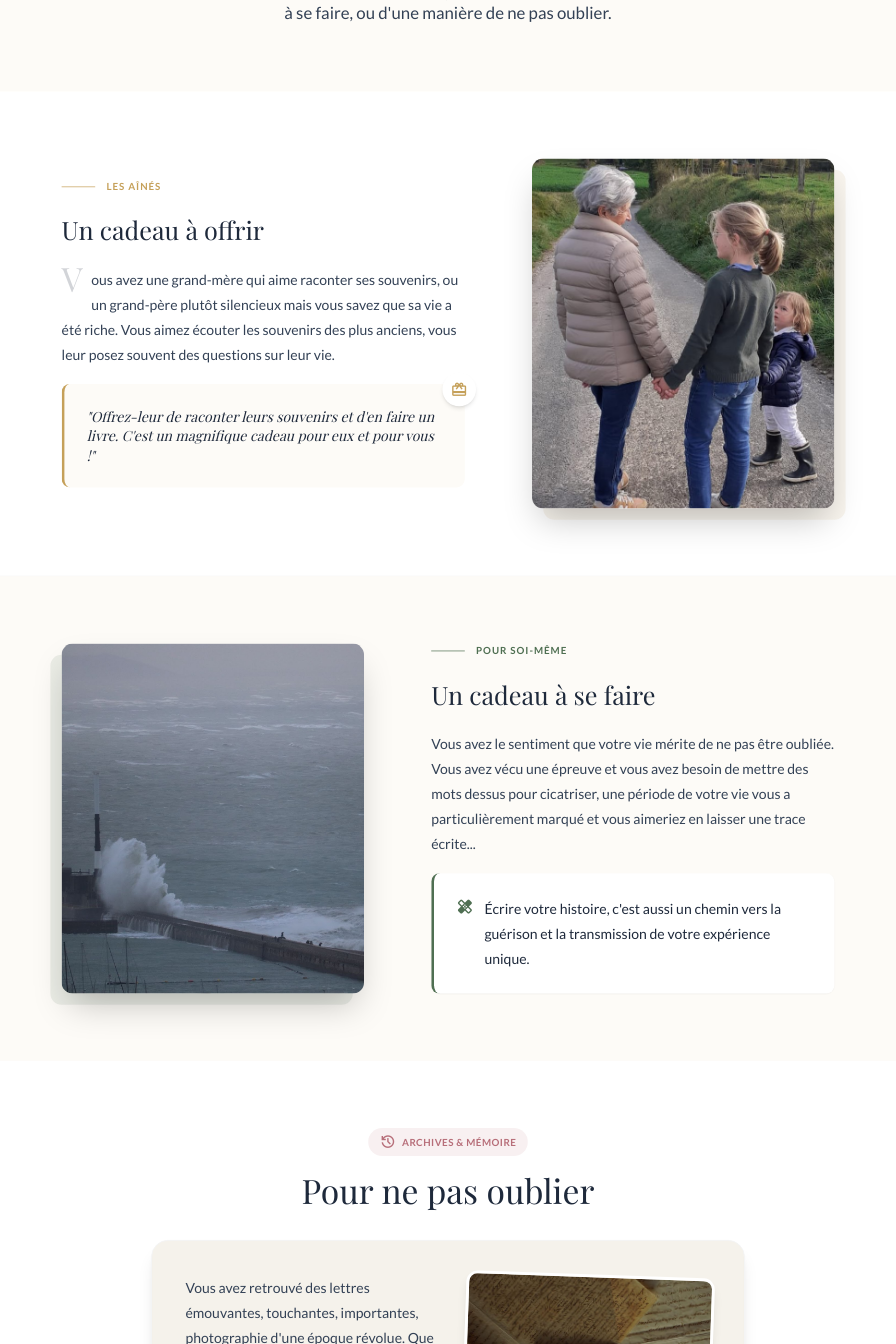
Repository: louisbdc/delphine-biographe
Page: /pour-qui
The author's editor kept a copy of each file at every save. The page is drawn from the files as they stood at one save, then again after a run of saves.
The browser window is 1280 px wide. The pictures show the part of the page from y = 538 to 2458 px (the page is 3767 px tall before and 3803 px after), at 70% of full size.
Some web fonts or font styles are not loaded; a fallback is used. The project was rebuilt for these pictures with package versions that can differ from the ones it lists, and the page was loaded fresh each time. The framework's server and built-in components were replaced by stand-ins that run in the browser. Also part of the build but not shown: next.config.js.

Above is the page before, as saved 2026-01-07 16:52:13.

### app/layout.tsx
import type { Metadata } from "next";
import "./globals.css";
import AccessibilityControls from "@/components/AccessibilityControls";
import Footer from "@/components/Footer";

export const metadata: Metadata = {
  title: "Delphine de Lapeyrière | Biographe Familiale",
  description: "Biographe familiale, j'écris le livre de votre vie",
  icons: {
    icon: "/logo.png",
  },
};

export default function RootLayout({
  children,
}: Readonly<{
  children: React.ReactNode;
}>) {
  return (
    <html lang="fr" className="scroll-smooth">
      <head>
        {/* Google Fonts: Playfair Display (Serif) & Lato (Sans) */}
        <link rel="preconnect" href="https://fonts.googleapis.com" />
        <link rel="preconnect" href="https://fonts.gstatic.com" crossOrigin="anonymous" />
        <link
          href="https://fonts.googleapis.com/css2?family=Lato:wght@400;700&family=Playfair+Display:ital,wght@0,400;0,700;1,400&display=swap"
          rel="stylesheet"
        />
        {/* Material Symbols for Icons */}
        <link
          rel="stylesheet"
          href="https://fonts.googleapis.com/css2?family=Material+Symbols+Outlined:opsz,wght,FILL,GRAD@24,400,0,0"
        />
      </head>
      <body
        className="font-sans antialiased text-navy overflow-x-hidden flex flex-col min-h-screen"
      >
        {/* Accessibility & Top Bar */}
        <div className="bg-navy text-cream py-2 px-4 flex justify-between items-center text-sm md:text-base">
          <span className="hidden md:inline">📍 Navigue entre Versailles et Paris</span>
          <AccessibilityControls />
        </div>
        <main className="flex-1">
          {children}
        </main>
        <Footer />
      </body>
    </html>
  );
}

### app/pour-qui/page.tsx
import Navigation from "@/components/Navigation";
import Image from "next/image";

export default function PourQui() {
  return (
    <>
      <Navigation />

      {/* Hero Section : Sobre et Élégante */}
      <section className="relative py-24 bg-[#FDFBF7] overflow-hidden">
        {/* Élément décoratif de fond */}
        <div className="absolute top-0 right-0 w-96 h-96 bg-gold/5 rounded-full blur-3xl translate-x-1/2 -translate-y-1/2"></div>

        <div className="container mx-auto px-6 max-w-5xl relative z-10 text-center">
          <span className="text-gold font-bold tracking-widest uppercase text-sm mb-4 block">
            Transmission & Mémoire
          </span>
          <h1 className="text-5xl md:text-7xl font-serif text-navy mb-8 leading-tight">
            Pour qui ?
          </h1>
          <div className="w-px h-16 bg-navy/20 mx-auto mb-8"></div>
          <p className="text-xl md:text-2xl text-navy-light max-w-3xl mx-auto leading-relaxed font-light">
            La biographie familiale s'adresse à tous ceux qui souhaitent préserver et transmettre leurs souvenirs,
            qu'il s'agisse d'un cadeau à offrir, d'un cadeau à se faire, ou d'une manière de ne pas oublier.
          </p>
        </div>
      </section>

      {/* Section 1 : Un cadeau à offrir (Layout Image à Droite) */}
      <section className="py-24 bg-white border-b border-gray-100">
        <div className="container mx-auto px-6 max-w-6xl">
          <div className="grid md:grid-cols-12 gap-12 items-center">

            {/* Colonne Texte (7 cols) */}
            <div className="md:col-span-7 md:pr-12 order-2 md:order-1">
              <div className="flex items-center gap-4 mb-8">
                <span className="w-12 h-px bg-gold"></span>
                <span className="text-gold font-bold uppercase tracking-widest text-sm">Les aînés</span>
              </div>

              <h2 className="text-4xl font-serif text-navy mb-8">
                Un cadeau à offrir
              </h2>

              <div className="text-lg text-navy-light space-y-6 leading-relaxed">
                <p>
                  <span className="text-5xl float-left mr-3 mt-[-8px] font-serif text-navy/20">V</span>
                  ous avez une grand-mère qui aime raconter ses souvenirs, ou un grand-père plutôt silencieux
                  mais vous savez que sa vie a été riche. Vous aimez écouter les souvenirs des plus anciens,
                  vous leur posez souvent des questions sur leur vie.
                </p>

                {/* Encart "Highlight" style citation */}
                <div className="relative bg-[#FDFBF7] p-8 rounded-xl border-l-4 border-gold mt-8">
                  <span className="absolute -top-4 -right-4 w-12 h-12 bg-white rounded-full flex items-center justify-center shadow-md text-gold">
                    <span className="material-symbols-outlined text-2xl">card_giftcard</span>
                  </span>
                  <p className="text-navy font-serif text-xl italic">
                    "Offrez-leur de raconter leurs souvenirs et d'en faire un livre. C'est un magnifique cadeau
                    pour eux et pour vous !"
                  </p>
                </div>
              </div>
            </div>

            {/* Colonne Image (5 cols) */}
            <div className="md:col-span-5 relative order-1 md:order-2">
              <div className="absolute inset-0 bg-gold/10 transform translate-x-4 translate-y-4 rounded-2xl z-0"></div>
              <div className="relative z-10 h-[500px] w-full rounded-2xl overflow-hidden shadow-2xl">
                <Image
                  src="/present_to_offer.jpg"
                  alt="Un cadeau à offrir"
                  fill
                  className="object-cover"
                />
              </div>
            </div>
          </div>
        </div>
      </section>

      {/* Section 2 : Un cadeau à se faire (Layout Image à Gauche) */}
      <section className="py-24 bg-[#FDFBF7]">
        <div className="container mx-auto px-6 max-w-6xl">
          <div className="grid md:grid-cols-12 gap-12 items-center">

            {/* Colonne Image (5 cols) */}
            <div className="md:col-span-5 relative">
              <div className="absolute inset-0 bg-sage/10 transform -translate-x-4 translate-y-4 rounded-2xl z-0"></div>
              <div className="relative z-10 h-[500px] w-full rounded-2xl overflow-hidden shadow-2xl">
                <Image
                  src="/Gift_to_make_yourself.jpg"
                  alt="Un cadeau à se faire"
                  fill
                  className="object-cover"
                />
              </div>
            </div>

            {/* Colonne Texte (7 cols) */}
            <div className="md:col-span-7 md:pl-12">
              <div className="flex items-center gap-4 mb-8">
                <span className="w-12 h-px bg-sage"></span>
                <span className="text-sage font-bold uppercase tracking-widest text-sm">Pour soi-même</span>
              </div>

              <h2 className="text-4xl font-serif text-navy mb-8">
                Un cadeau à se faire
              </h2>

              <div className="text-lg text-navy-light space-y-6 leading-relaxed">
                <p>
                  Vous avez le sentiment que votre vie mérite de ne pas être oubliée. Vous avez vécu une épreuve
                  et vous avez besoin de mettre des mots dessus pour cicatriser, une période de votre vie vous a
                  particulièrement marqué et vous aimeriez en laisser une trace écrite...
                </p>

                {/* Encart "Highlight" */}
                <div className="bg-white p-8 rounded-xl shadow-sm border-l-4 border-sage mt-8 flex gap-4">
                  <div className="flex-shrink-0 mt-1">
                    <span className="material-symbols-outlined text-3xl text-sage">healing</span>
                  </div>
                  <p className="text-navy font-medium">
                    Écrire votre histoire, c'est aussi un chemin vers la guérison et la transmission de votre
                    expérience unique.
                  </p>
                </div>
              </div>
            </div>
          </div>
        </div>
      </section>

      {/* Section 3 : Pour ne pas oublier (Layout Centré / Éditorial) */}
      <section className="py-24 bg-white relative">
        <div className="container mx-auto px-6 max-w-4xl">
          <div className="text-center mb-12">
            <div className="inline-flex items-center gap-2 px-4 py-2 rounded-full bg-old-rose/10 text-old-rose mb-6">
              <span className="material-symbols-outlined text-lg">history</span>
              <span className="font-bold text-sm uppercase tracking-wider">Archives & Mémoire</span>
            </div>
            <h2 className="text-4xl md:text-5xl font-serif text-navy mb-8">
              Pour ne pas oublier
            </h2>
          </div>

          <div className="bg-cream-dark rounded-3xl p-8 md:p-12 shadow-xl border border-gray-100 relative">
             {/* Image décorative fondue ou petite illustration */}
             <div className="grid md:grid-cols-2 gap-10 items-center">
                <div className="space-y-6 text-lg text-navy-light leading-relaxed">
                  <p>
                    Vous avez retrouvé des lettres émouvantes, touchantes, importantes, photographie d'une époque
                    révolue. Que diriez-vous d'en faire un livre en y ajoutant votre touche, des renseignements,
                    des photos, des commentaires ?
                  </p>
                  <p className="font-serif text-xl text-navy italic border-l-4 border-old-rose pl-6">
                    "Transformez vos archives en un récit vivant qui préservera ces précieux souvenirs pour les
                    générations futures."
                  </p>
                </div>

                <div className="relative h-64 md:h-full min-h-[250px] w-full rounded-2xl overflow-hidden border-4 border-white shadow-lg rotate-2 hover:rotate-0 transition-transform duration-500">
                  <Image
                    src="/to_not_forget.jpg"
                    alt="Lettres et souvenirs"
                    fill
                    className="object-cover"
                  />
                </div>
             </div>
          </div>
        </div>
      </section>

      {/* CTA Final */}
      <section className="py-24 bg-navy text-white text-center">
        <div className="container mx-auto px-6 max-w-3xl">
          <h2 className="text-4xl font-serif font-bold mb-8">
            Prêt à commencer votre histoire ?
          </h2>
          <p className="text-xl text-blue-100 mb-10 font-light">
            Que vous souhaitiez offrir ce cadeau précieux ou l'offrir à vous-même,
            je suis là pour vous accompagner dans cette belle aventure.
          </p>
          <a
            href="/contact"
            className="inline-block bg-gold text-navy text-xl font-bold py-4 px-10 rounded-full hover:bg-white transition-all duration-300 shadow-lg hover:shadow-gold/20"
          >
            Me contacter
          </a>
        </div>
      </section>
    </>
  );
}

### app/globals.css
@tailwind base;
@tailwind components;
@tailwind utilities;

body {
  background-color: #FDFBF7;
  color: #1E293B;
  /* High contrast text */
}

/* Smooth fade-in animation */
.fade-in {
  animation: fadeIn 1.2s ease-in-out;
}

@keyframes fadeIn {
  from { opacity: 0; transform: translateY(10px); }
  to { opacity: 1; transform: translateY(0); }
}

/* Focus states for accessibility */
a:focus, button:focus {
  outline: 3px solid #C5A059;
  outline-offset: 2px;
}

/* Typography overrides for specific senior readability */
p {
  line-height: 1.8;
  font-size: 1.25rem; /* ~20px for excellent readability */
}

### components/AccessibilityControls.tsx
"use client";

import { useState, useEffect } from "react";

export default function AccessibilityControls() {
  // On démarre à 100% (1) par défaut
  const [currentZoom, setCurrentZoom] = useState(1);
  const [mounted, setMounted] = useState(false);

  // Au chargement de la page (côté client uniquement)
  useEffect(() => {
    setMounted(true);
    // 1. On essaie de récupérer une préférence existante
    const savedZoom = localStorage.getItem("user-font-zoom");
    if (savedZoom) {
      const zoomValue = parseFloat(savedZoom);
      setCurrentZoom(zoomValue);
      applyZoom(zoomValue);
    } else {
      // Si aucune préférence, on applique la valeur par défaut
      applyZoom(1);
    }
  }, []);

  // Fonction pour appliquer le zoom sur la balise HTML racine
  const applyZoom = (zoom: number) => {
    if (typeof document !== "undefined") {
      // On touche à l'élément racine <html> pour que les 'rem' de Tailwind s'adaptent
      document.documentElement.style.fontSize = `${100 * zoom}%`;
    }
  };

  const handleZoomChange = (newZoom: number) => {
    setCurrentZoom(newZoom);
    applyZoom(newZoom);
    // On sauvegarde le choix pour la prochaine visite
    localStorage.setItem("user-font-zoom", newZoom.toString());
  };

  const increaseText = () => {
    if (currentZoom < 1.3) { // Max 130%
      // On utilise toFixed pour éviter les problèmes de virgule flottante (0.1 + 0.2 != 0.3)
      const newVal = parseFloat((currentZoom + 0.1).toFixed(1));
      handleZoomChange(newVal);
    }
  };

  const decreaseText = () => {
    if (currentZoom > 0.9) { // Min 90%
      const newVal = parseFloat((currentZoom - 0.1).toFixed(1));
      handleZoomChange(newVal);
    }
  };

  const resetText = () => {
    handleZoomChange(1); // Retour à 100%
  };

  // Pour éviter les erreurs d'hydratation (différence serveur/client),
  // on n'affiche rien tant que le composant n'est pas monté.
  if (!mounted) return null;

  return (
    <div className="flex items-center gap-4" id="accessibility-controls">
      <span className="uppercase tracking-widest text-xs hidden sm:inline">Accessibilité :</span>
      <button
        onClick={decreaseText}
        className="hover:text-gold font-bold p-1 transition-colors"
        aria-label="Diminuer la taille du texte"
        title="Réduire le texte"
      >
        A-
      </button>
      <button
        onClick={resetText}
        className="hover:text-gold font-bold p-1 transition-colors"
        aria-label="Taille du texte par défaut"
        title="Taille par défaut"
      >
        A
      </button>
      <button
        onClick={increaseText}
        className="hover:text-gold font-bold p-1 transition-colors"
        aria-label="Augmenter la taille du texte"
        title="Agrandir le texte"
      >
        A+
      </button>
    </div>
  );
}

### components/Navigation.tsx
export default function Navigation() {
  return (
    <nav className="sticky top-0 z-50 bg-cream/95 backdrop-blur-sm shadow-md border-b border-gold/20">
      <div className="container mx-auto px-4 md:px-8 py-4 flex flex-col md:flex-row justify-between items-center">
        {/* Logo */}
        <a
          href="/"
          className="mb-4 md:mb-0 hover:opacity-80 transition-opacity flex items-center gap-3"
        >
          <img
            src="/logo.png"
            alt="Delphine de Lapeyrière - Biographe"
            className="h-12 md:h-16 w-auto"
          />
          <span className="text-2xl md:text-3xl font-serif font-bold text-navy">
            Delphine de Lapeyrière
          </span>
        </a>

        {/* Menu items */}
        <ul className="flex flex-wrap justify-center gap-4 md:gap-8 text-lg font-semibold text-navy-light">
          <li>
            <a
              href="/qui-suis-je"
              className="hover:text-old-rose transition-colors decoration-gold underline-offset-4 hover:underline"
            >
              Qui suis-je ?
            </a>
          </li>
          <li>
            <a
              href="/pour-quoi-faire"
              className="hover:text-old-rose transition-colors decoration-gold underline-offset-4 hover:underline"
            >
              Pour quoi ?
            </a>
          </li>
          <li>
            <a
              href="/pour-qui"
              className="hover:text-old-rose transition-colors decoration-gold underline-offset-4 hover:underline"
            >
              Pour qui ?
            </a>
          </li>
          <li>
            <a
              href="/comment"
              className="hover:text-old-rose transition-colors decoration-gold underline-offset-4 hover:underline"
            >
              Comment ?
            </a>
          </li>
          <li>
            <a
              href="/combien"
              className="hover:text-old-rose transition-colors decoration-gold underline-offset-4 hover:underline"
            >
              Combien ?
            </a>
          </li>
          <li>
            <a
              href="/contact"
              className="px-5 py-2 bg-sage text-white rounded-full hover:bg-green-800 transition-colors shadow-lg transform hover:-translate-y-0.5"
            >
              Contact
            </a>
          </li>
        </ul>
      </div>
    </nav>
  );
}

### tailwind.config.ts
import type { Config } from "tailwindcss";

const config: Config = {
  content: [
    "./pages/**/*.{js,ts,jsx,tsx,mdx}",
    "./components/**/*.{js,ts,jsx,tsx,mdx}",
    "./app/**/*.{js,ts,jsx,tsx,mdx}",
  ],
  theme: {
    extend: {
      colors: {
        'cream': '#FDFBF7',
        'cream-dark': '#F5F2EB',
        'navy': '#1E293B',
        'navy-light': '#334155',
        'sage': '#4F6F52',
        'gold': '#C5A059',
        'old-rose': '#B76E79',
      },
      fontFamily: {
        serif: ['"Playfair Display"', 'serif'],
        sans: ['"Lato"', 'sans-serif'],
      },
      fontSize: {
        'base-lg': '1.125rem', /* 18px minimum for body */
      }
    },
  },
  plugins: [],
};
export default config;

Loaded but not shown: components/Footer.tsx (120 lines, source omitted)

After the next 3 saves:
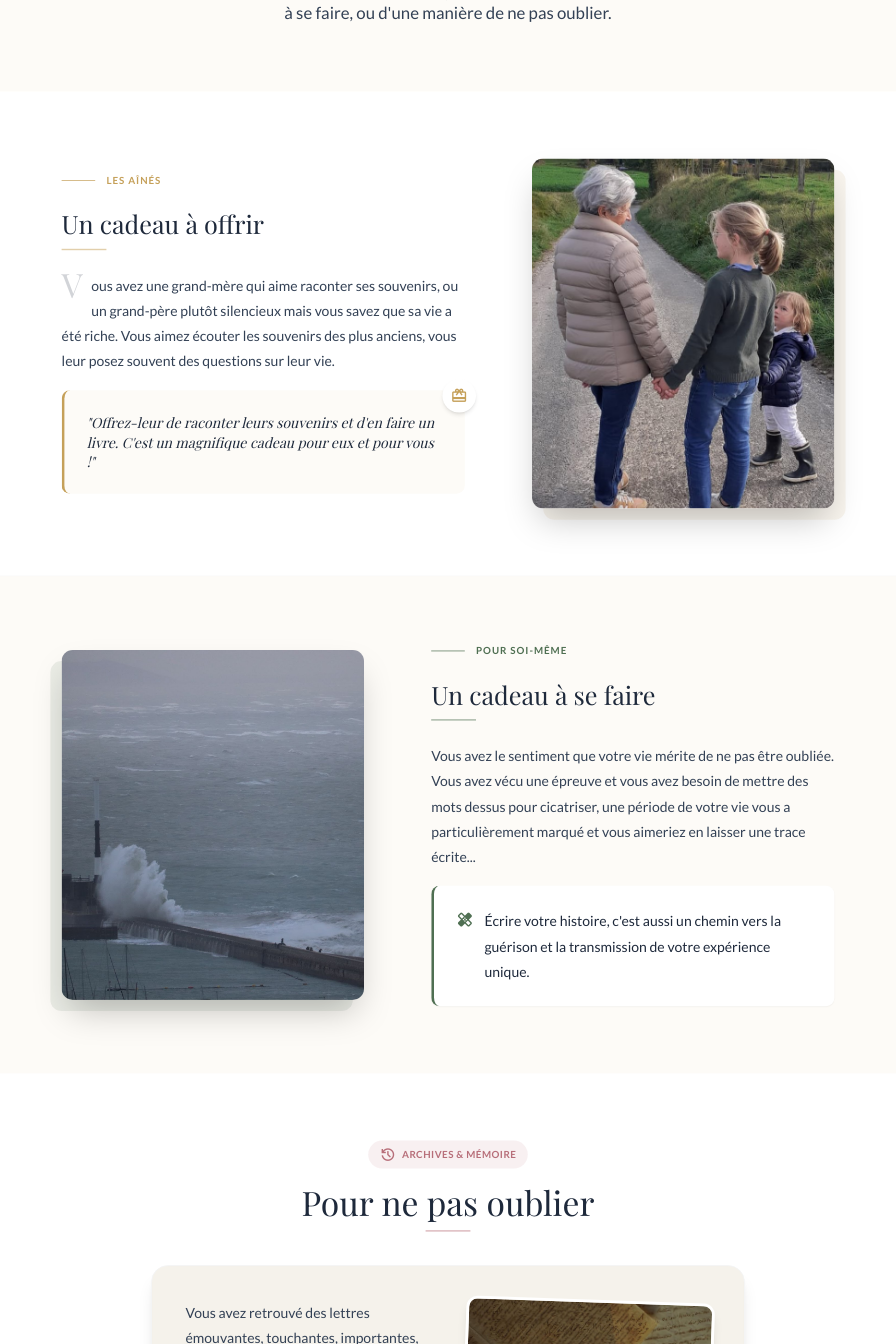
The 3 saves are shown as one change because they came seconds apart.
The last was saved 5 s later.
--- a/app/pour-qui/page.tsx
+++ b/app/pour-qui/page.tsx
@@ -38,9 +38,13 @@ export default function PourQui() {
                 <span className="text-gold font-bold uppercase tracking-widest text-sm">Les aînés</span>
               </div>
 
-              <h2 className="text-4xl font-serif text-navy mb-8">
-                Un cadeau à offrir
-              </h2>
+              <div className="mb-8">
+                <h2 className="text-4xl font-serif text-navy mb-4">
+                  Un cadeau à offrir
+                </h2>
+                {/* Séparateur signature */}
+                <div className="w-16 h-0.5 bg-gold/50"></div>
+              </div>
 
               <div className="text-lg text-navy-light space-y-6 leading-relaxed">
                 <p>
@@ -104,9 +108,13 @@ export default function PourQui() {
                 <span className="text-sage font-bold uppercase tracking-widest text-sm">Pour soi-même</span>
               </div>
 
-              <h2 className="text-4xl font-serif text-navy mb-8">
-                Un cadeau à se faire
-              </h2>
+              <div className="mb-8">
+                <h2 className="text-4xl font-serif text-navy mb-4">
+                  Un cadeau à se faire
+                </h2>
+                {/* Séparateur signature */}
+                <div className="w-16 h-0.5 bg-sage/50"></div>
+              </div>
 
               <div className="text-lg text-navy-light space-y-6 leading-relaxed">
                 <p>
@@ -139,9 +147,11 @@ export default function PourQui() {
               <span className="material-symbols-outlined text-lg">history</span>
               <span className="font-bold text-sm uppercase tracking-wider">Archives & Mémoire</span>
             </div>
-            <h2 className="text-4xl md:text-5xl font-serif text-navy mb-8">
+            <h2 className="text-4xl md:text-5xl font-serif text-navy mb-4">
               Pour ne pas oublier
             </h2>
+            {/* Séparateur signature */}
+            <div className="w-16 h-0.5 bg-old-rose/50 mx-auto mb-8"></div>
           </div>
 
           <div className="bg-cream-dark rounded-3xl p-8 md:p-12 shadow-xl border border-gray-100 relative">
